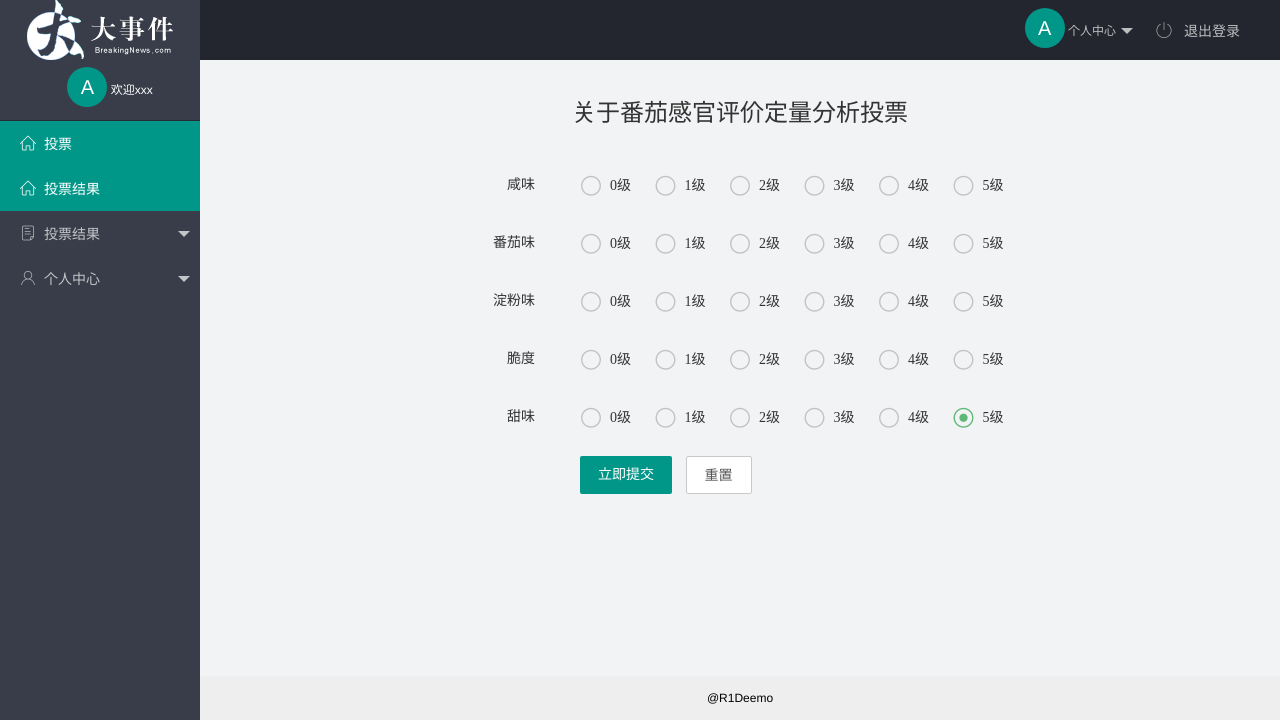
Repository: R1Deemo/vote_system
Page: web/index.html
These files come from the project's save history. The page is drawn as it stood at one moment and after the next save; the edit follows.
The browser window is 1280 px wide. The pictures show the whole page.
The page's requests for data from a server got no answer.

Above is the page before, as saved 2022-11-07 09:41:36.
Console error: TypeError: Cannot read properties of undefined (reading 'status')

### web/index.html
<!DOCTYPE html>
<html lang="en">

<head>
    <meta charset="utf-8">
    <meta name="viewport" content="width=device-width, initial-scale=1">
    <title>layout 管理系统大布局 - Layui</title>
    <link rel="stylesheet" href="/web/assets/lib/layui/css/layui.css">
    <link rel="stylesheet" href="/web/assets/css/index.css">
    <link rel="stylesheet" href="/web/assets/fonts/iconfont.css">
</head>

<body>
    <div class="layui-layout layui-layout-admin">
        <div class="layui-header">
            <div class="layui-logo layui-hide-xs layui-bg-black" id="logo"></div>
            <!-- 头部区域（可配合layui 已有的水平导航） -->
            <ul class="layui-nav layui-layout-left">
                <!-- 移动端显示 -->
                <li class="layui-nav-item layui-show-xs-inline-block layui-hide-sm" lay-header-event="menuLeft">
                    <i class="layui-icon layui-icon-spread-left"></i>
                </li>


                <li class="layui-nav-item">

                    <dl class="layui-nav-child">
                        <dd><a href="">menu 11</a></dd>
                        <dd><a href="">menu 22</a></dd>
                        <dd><a href="">menu 33</a></dd>
                    </dl>
                </li>
            </ul>
            <ul class="layui-nav layui-layout-right">
                <li class="layui-nav-item layui-hide layui-show-md-inline-block">
                    <a href="javascript:;" class="userinfo">
                        <!-- 用户头像 -->
                        <!-- <img src="//tva1.sinaimg.cn/crop.0.0.118.118.180/5db11ff4gw1e77d3nqrv8j203b03cweg.jpg" class="layui-nav-img" /> -->
                        <span class="text-avatar">A</span> 个人中心
                    </a>
                    <dl class="layui-nav-child">
                        <dd><a href="">基本资料</a></dd>
                        <dd><a href="">更换头像</a></dd>
                        <dd><a href="">重置密码</a></dd>
                    </dl>
                </li>
                <li class="layui-nav-item" lay-header-event="menuRight" lay-unselect>
                    <a href="javascript:;" id="btnLogout">
                        <span class="iconfont icon-tuichu"></span> 退出登录</i>
                    </a>
                </li>
            </ul>
        </div>

        <div class="layui-side layui-bg-black">
            <div class="layui-side-scroll">
                <!-- 用户头像 -->
                <div class="userinfo">
                    <!-- <img src="" class="layui-nav-img" /> -->
                    <span class="text-avatar">A</span>
                    <span id="welcom">欢迎xxx</span>
                </div>
                <!-- 左侧导航区域（可配合layui已有的垂直导航） -->
                <ul class="layui-nav layui-nav-tree" lay-shrink="all">
                    <li class="layui-nav-item layui-this"> <a href="/web/home/toupiao.html" target="fm"><span class="iconfont icon-home"></span>投票</a></li>
                    <li class="layui-nav-item layui-this"> <a href="/web/home/results.html" target="fm"><span class="iconfont icon-home"></span>投票结果</a></li>
                    <li class="layui-nav-item">
                        <a class="" href="javascript:;" target="fm"> <span class="iconfont icon-16"></span>投票结果</a>
                        <dl class="layui-nav-child">
                            <dd><a href="javascript:;"><i class="layui-icon layui-icon-release"></i> 文章类别</a></dd>
                            <dd><a href="javascript:;"><i class="layui-icon layui-icon-release"></i> 文章列表</a></dd>
                            <dd><a href="javascript:;"><i class="layui-icon layui-icon-release"></i> 发表文章</a></dd>
                            <!-- <dd><a href="">the links</a></dd> -->
                        </dl>
                    </li>
                    <li class="layui-nav-item">
                        <a href="javascript:;" target="fm"><span class="iconfont icon-user"></span>个人中心</a>
                        <dl class="layui-nav-child">
                            <dd><a href="javascript:;"><i class="layui-icon layui-icon-app"></i> 基本资料</a></dd>
                            <dd><a href="javascript:;"><i class="layui-icon layui-icon-app"></i> 更换头像</a></dd>
                            <dd><a href="/前端页面/user/user_pwd.html" target="fm"><i class="layui-icon layui-icon-app"></i> 重置密码</a></dd>
                        </dl>
                    </li>

                    <!-- <li class="layui-nav-item"><a href="">the links</a></li> -->
                </ul>
            </div>
        </div>

        <div class="layui-body">
            <!-- 内容主体区域 -->
            <!-- <div style="padding: 15px;">内容主体区域。记得修改 layui.css 和 js 的路径</div> -->
            <iframe src="/web/home/toupiao.html" frameborder="0" name="fm"></iframe>
        </div>

        <div class="layui-footer">
            <!-- 底部固定区域 -->
            @R1Deemo
        </div>
    </div>
    <script src="/web/assets/lib/layui/layui.all.js"></script>
    <script src="/web/assets/lib/jquery.js"></script>
    <script src="/web/assets/js/baseAPI.js"></script>
    <script src="/web/assets/js/index.js"></script>

</body>

</html>

### web/assets/css/index.css
#logo {
    background: url(/assets/images/logo.png) no-repeat center;
}

.layui-footer {
    text-align: center;
    font-size: 12px;
}

.layui-icon {
    margin-left: 20px;
    margin-right: 5px;
}

.iconfont {
    margin-right: 8px;
}

iframe {
    width: 100%;
    height: 100%;
}

.layui-body {
    overflow: hidden;
}

.userinfo {
    height: 60px;
    line-height: 60px;
    text-align: center;
    font-size: 12px;
    user-select: none;
}

.layui-side-scroll .userinfo {
    border-bottom: 1px solid #282b33;
}

.layui-nav-img {
    width: 40px;
    height: 40px;
    margin-bottom: 7px;
}

.text-avatar {
    display: inline-block;
    width: 40px;
    height: 40px;
    background-color: #009688;
    border-radius: 50%;
    line-height: 40px;
    font-size: 20px;
    color: #fff;
}

### web/assets/js/baseAPI.js
// 注意：每次调用 $.get() 或 $.post() 或 $.ajax() 的时候，
// 会先调用 ajaxPrefilter 这个函数
// 在这个函数中，可以拿到我们给Ajax提供的配置对象
$.ajaxPrefilter(function(options) {
    // 在发起真正的 Ajax 请求之前，统一拼接请求的根路径
    // options.url = 'http://www.liulongbin.top:3007' + options.url
    options.url = 'http://127.0.0.1:1234' + options.url


    // 统一为有权限的接口，设置 headers 请求头
    if (options.url.indexOf('/my/') !== -1) {
        options.headers = {
            Authorization: localStorage.getItem('token') || ''
        }
    }

    // 全局统一挂载 complete 回调函数
    options.complete = function(res) {
        // console.log('执行了 complete 回调：')
        // console.log(res)
        // 在 complete 回调函数中，可以使用 res.responseJSON 拿到服务器响应回来的数据
        if (res.responseJSON.status === 1 && res.responseJSON.message === '身份认证失败！') {
            // 1. 强制清空 token
            localStorage.removeItem('token')
                // 2. 强制跳转到登录页面
            location.href = '/login.html'
        }
    }
})

### web/assets/js/index.js
$(function() {
    // 获取用户的基本信息
    getUserInfo()

    // 退出登录
    $('#btnLogout').on('click', function() {
        layui.layer.confirm('确定退出登录?', { icon: 3, title: '提示' }, function(index) {
            //do something
            //清空本地存储的token
            localStorage.removeItem('token')
                // 返回登录界面
            location.href = '/web/login.html'
            layer.close(index);
        });
    })
})

function getUserInfo() {
    $.ajax({

        method: 'get',
        url: '/my/userinfo',

        success: function(res) {
            if (res.status !== 0) {
                return layui.layer.msg('获取用户信息失败')
            }
            console.log(res)
                // 渲染用户头像
            renderAvatar(res.data)
        },
        // 无论成功还是失败都会执行

    })
}
// 渲染用户头像
function renderAvatar(user) {
    // 获取用户名称并渲染
    var name = user.nicknake || user.username
    $('#welcom').html('欢迎&nbsp' + name)
        // 渲染用户头像
    var avatar = user.user_pic
    if (avatar !== null) {
        $('.layui-nav-img').attr('src', avatar).show()
        $('.text-avatar').hide()
    } else {
        $('.layui-nav-img').hide()
        var first = name[0].toUpperCase()
        $('.text-avatar').html(first).show()
    }
}

### web/home/toupiao.html
<!DOCTYPE html>
<html>

<head>
    <meta charset="UTF-8">
    <meta name="viewport" content="width=device-width, initial-scale=1.0">
    <meta http-equiv="X-UA-Compatible" content="ie=edge">
    <title>图表统计</title>
    <link rel="stylesheet" href="/web/assets/lib/layui/css/layui.css">
    <link rel="stylesheet" href="../../web/assets/lib/bootstrap.css" />
    <link rel="stylesheet" href="../../web/assets/lib/main.css" />
    <script src="../../web/assets/lib/jquery.js"></script>
    <script type="text/javascript" src="../../web/assets/lib/echarts.min.js"></script>
    <style>
        #title {
            text-align: center;
        }

        #tou {
            padding-top: 30px;
            margin-left: 230px;
        }
    </style>
</head>
<!-- 这里使用了一张背景，注释掉了。
<body style="background-image:url(body.jpeg); background-size:100%; background-repeat: no-repeat;">
 -->

<body>
    <div id="main" style="margin:40px ;">
        <div id="title">
            <h3>关于番茄感官评价定量分析投票</h3>
        </div>
        <div id="tou">
            <form class="layui-form" action="">
                <div class="layui-form-item">
                    <label class="layui-form-label">咸味</label>
                    <div class="layui-input-block">
                        <input type="radio" name="sex" value="男" title="0级">
                        <input type="radio" name="sex" value="男" title="1级">
                        <input type="radio" name="sex" value="男" title="2级">
                        <input type="radio" name="sex" value="男" title="3级">
                        <input type="radio" name="sex" value="男" title="4级">
                        <input type="radio" name="sex" value="女" title="5级" checked>
                    </div>
                </div>
                <div class="layui-form-item">
                    <label class="layui-form-label">番茄味</label>
                    <div class="layui-input-block">
                        <input type="radio" name="sex" value="男" title="0级">
                        <input type="radio" name="sex" value="男" title="1级">
                        <input type="radio" name="sex" value="男" title="2级">
                        <input type="radio" name="sex" value="男" title="3级">
                        <input type="radio" name="sex" value="男" title="4级">
                        <input type="radio" name="sex" value="女" title="5级" checked>
                    </div>
                </div>
                <div class="layui-form-item">
                    <label class="layui-form-label">淀粉味</label>
                    <div class="layui-input-block">
                        <input type="radio" name="sex" value="男" title="0级">
                        <input type="radio" name="sex" value="男" title="1级">
                        <input type="radio" name="sex" value="男" title="2级">
                        <input type="radio" name="sex" value="男" title="3级">
                        <input type="radio" name="sex" value="男" title="4级">
                        <input type="radio" name="sex" value="女" title="5级" checked>
                    </div>
                </div>
                <div class="layui-form-item">
                    <label class="layui-form-label">脆度</label>
                    <div class="layui-input-block">
                        <input type="radio" name="sex" value="男" title="0级">
                        <input type="radio" name="sex" value="男" title="1级">
                        <input type="radio" name="sex" value="男" title="2级">
                        <input type="radio" name="sex" value="男" title="3级">
                        <input type="radio" name="sex" value="男" title="4级">
                        <input type="radio" name="sex" value="女" title="5级" checked>
                    </div>
                </div>
                <div class="layui-form-item">
                    <label class="layui-form-label">甜味</label>
                    <div class="layui-input-block">
                        <input type="radio" name="sex" value="男" title="0级">
                        <input type="radio" name="sex" value="男" title="1级">
                        <input type="radio" name="sex" value="男" title="2级">
                        <input type="radio" name="sex" value="男" title="3级">
                        <input type="radio" name="sex" value="男" title="4级">
                        <input type="radio" name="sex" value="女" title="5级" checked>
                    </div>
                </div>


                <div class="layui-form-item">
                    <div class="layui-input-block">
                        <button class="layui-btn" lay-submit lay-filter="formDemo">立即提交</button>
                        <button type="reset" class="layui-btn layui-btn-primary">重置</button>
                    </div>
                </div>
            </form>
        </div>

    </div>
    <!-- <div align="center"><img src="head2.jpg" /></div> -->
    <!-- <div align="center">
        <h4>关于番茄感官评价定量分析投票</h4>
        <table id="main">
            <tr>
                <td>
                    <input type="radio" name="option" checked="checked" />咸味
                </td>
            </tr>
            <tr>
                <td style="width:550px">
                    <div id=0 style="background-color:#acd6ff; width:0; height:20px; border-width:0px;">
                    </div>
                </td>
                <td>
                    <label id="label0">0</label>票
                </td>
            </tr>
            <tr>
                <td>
                    <input type="radio" name="option" />番茄味
                </td>
            </tr>
            <tr>
                <td>
                    <div id=1 style="background-color:#0066cc; height:20px; width:0; border-width:0px; border-color:blue; border-style:solid ; text-align:right;"></div>

                </td>
                <td>
                    <label id="label1">0</label>票
                </td>
            </tr>
            <tr>
                <td>
                    <input type="radio" name="option" />生淀粉味
                </td>
            </tr>
            <tr>
                <td>
                    <div id=2 style="background-color:#ff7575; height:20px;width:0;  border-width:0px; border-color:blue; border-style:solid ; text-align:right;"></div>

                </td>
                <td>
                    <label id="label2">0</label>票
                </td>
            </tr>
            <tr>
                <td>
                    <input type="radio" name="option" />脆
                </td>
            </tr>
            <tr>
                <td>
                    <div id=3 style="background-color:#5cadad;height:20px;width:0; border-width:0px; border-color:blue; border-style:solid ; text-align:right;"></div>

                </td>
                <td>
                    <label id="label3">0</label>票
                </td>
            </tr>
            <tr>
                <td>
                    <input type="radio" name="option" />甜
                </td>
            </tr>
            <tr>
                <td>
                    <div id=3 style="background-color:#5cadad;height:20px;width:0; border-width:0px; border-color:blue; border-style:solid ; text-align:right;"></div>

                </td>
                <td>
                    <label id="label3">0</label>票
                </td>
            </tr>

            <tr>
                <td>
                    <p>
                        <input type="submit" value="确认投票" οnclick="vote()" />
                </td>
            </tr>
        </table>
    </div> -->
    <script src="/web/assets/lib/layui/layui.all.js"></script>
    <script src="/web/assets/lib/jquery.js"></script>
    <script src="/web/assets/js/baseAPI.js"></script>
</body>
<!-- <script type="text/javascript">
    //在每个投票选项后面写了个div，用div的宽度来代表当前该选项的投票数。
    function vote() { //函数vote，当点击确认投票的时候，调用vote方法

        //for循环的条件是，所有投票选项的个数。
        for (var i = 0; i < document.getElementsByName("option").length; i++) {

            //查找到是哪个投票选项被选中
            if (document.getElementsByName("option")[i].checked == true) {
                var width = document.getElementById(i).style.width; //获取到当前选项的宽度。
                width = parseInt(width); //将宽度转化为int型，因为获取到的width的单位是px
                width += 3; //改变width的值，这里就是定义每次投票的进度条的增速
                document.getElementById(i).style.width = width + "px"; //修改原div的宽度

                var label = "label" + i; //lable标签里面写的是当前的投票数目。
                var num = document.getElementById(label).innerText; //获取到当前的票数
                document.getElementById(label).innerText = ++num; //票数加1，并修改原值
            }
        }

        //alert("投票成功");

    }
</script> -->

</html>

Loaded but not shown: web/assets/lib/layui/css/layui.css (library); web/assets/fonts/iconfont.css (common file); web/assets/lib/layui/layui.all.js (library); web/assets/lib/jquery.js (library); web/assets/lib/bootstrap.css (library); web/assets/lib/main.css (library); web/assets/lib/echarts.min.js (library); web/assets/lib/layui/css/modules/laydate/default/laydate.css (library); web/assets/lib/layui/css/modules/layer/default/layer.css (library); web/assets/lib/layui/css/modules/code.css (common file)

After the next save:
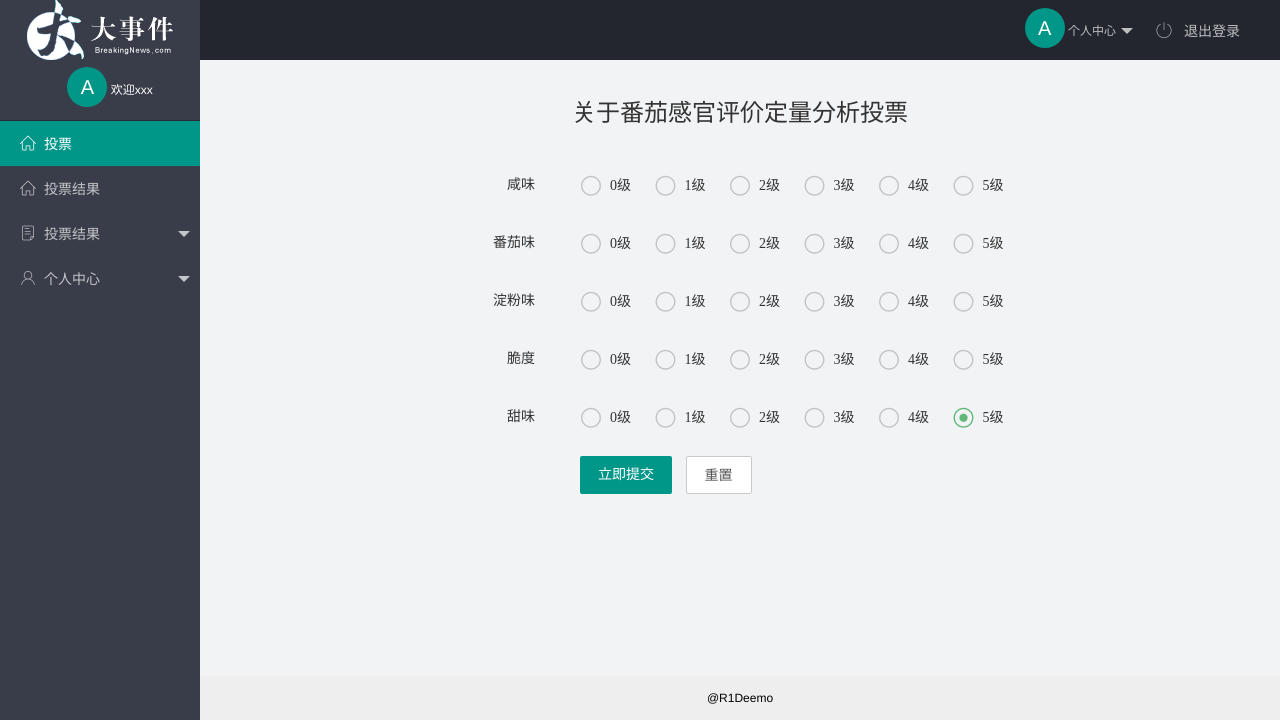
Saved 13 s later.
--- a/web/index.html
+++ b/web/index.html
@@ -63,7 +63,7 @@
                 <!-- 左侧导航区域（可配合layui已有的垂直导航） -->
                 <ul class="layui-nav layui-nav-tree" lay-shrink="all">
                     <li class="layui-nav-item layui-this"> <a href="/web/home/toupiao.html" target="fm"><span class="iconfont icon-home"></span>投票</a></li>
-                    <li class="layui-nav-item layui-this"> <a href="/web/home/results.html" target="fm"><span class="iconfont icon-home"></span>投票结果</a></li>
+                    <li class="layui-nav-item "> <a href="/web/home/results.html" target="fm"><span class="iconfont icon-home"></span>投票结果</a></li>
                     <li class="layui-nav-item">
                         <a class="" href="javascript:;" target="fm"> <span class="iconfont icon-16"></span>投票结果</a>
                         <dl class="layui-nav-child">
